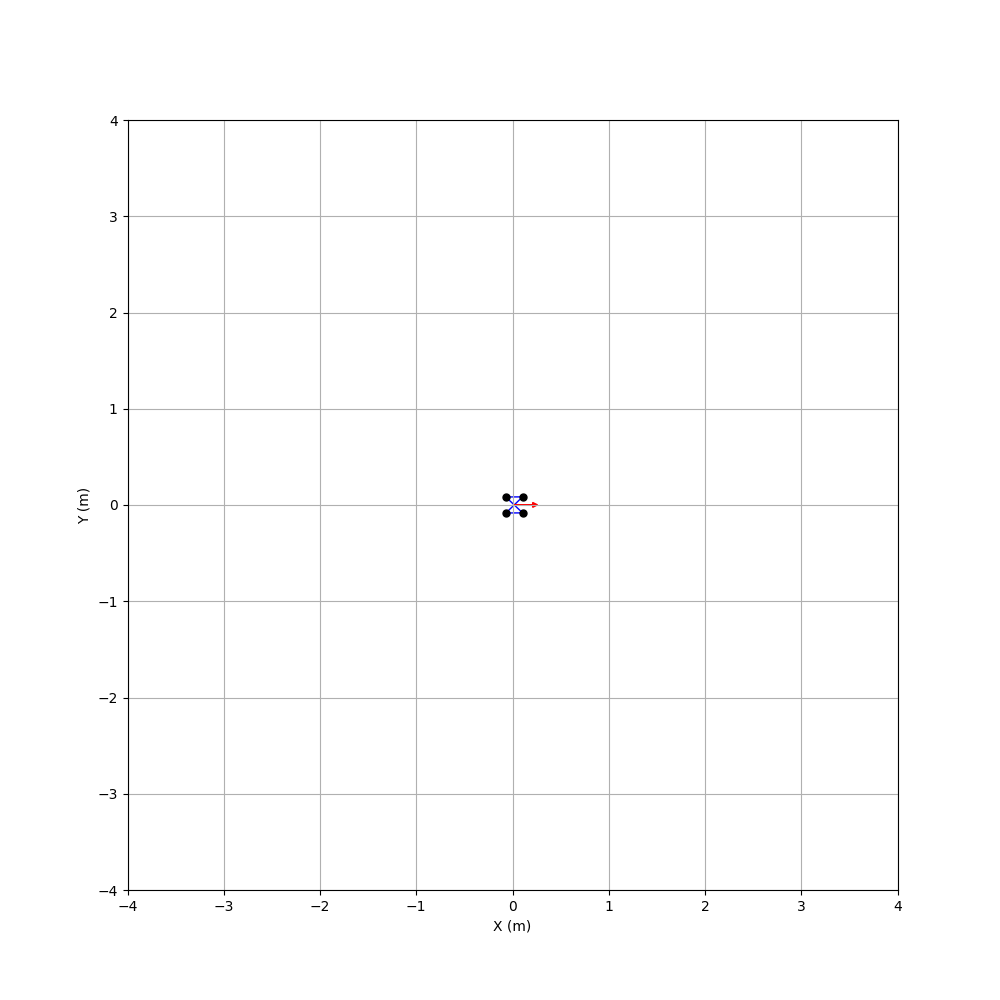
Repository: erikpsw/Mujoco
Script's output: python control/dynamic_model.py
The author's editor kept a copy of each file at every save. The script's output is drawn from the files as they stood at one save, then again after the next save.
Animations are shown at an early frame. Random numbers start from a fixed seed.

Above is the script's output before, as saved 2024-11-19 08:08:11.

After the next save:
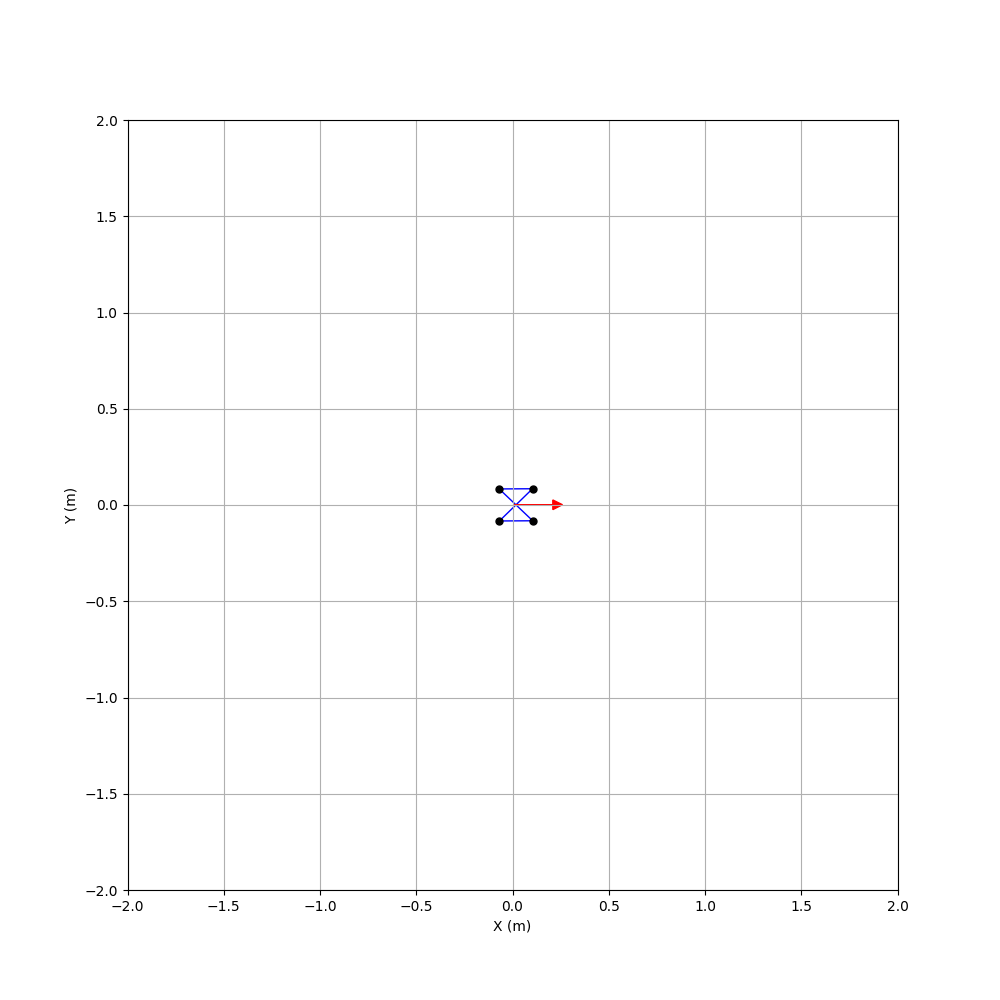
Saved 5 min 14 s later.
--- a/control/dynamic_model.py
+++ b/control/dynamic_model.py
@@ -66,7 +66,7 @@ fig, ax = plt.subplots(figsize=(10, 10))
 robot = DifferentialDriveRobot()
 
 def init():
-    width=4
+    width=2
     ax.set_xlim(-width, width)
     ax.set_ylim(-width, width)
     ax.grid(True)
